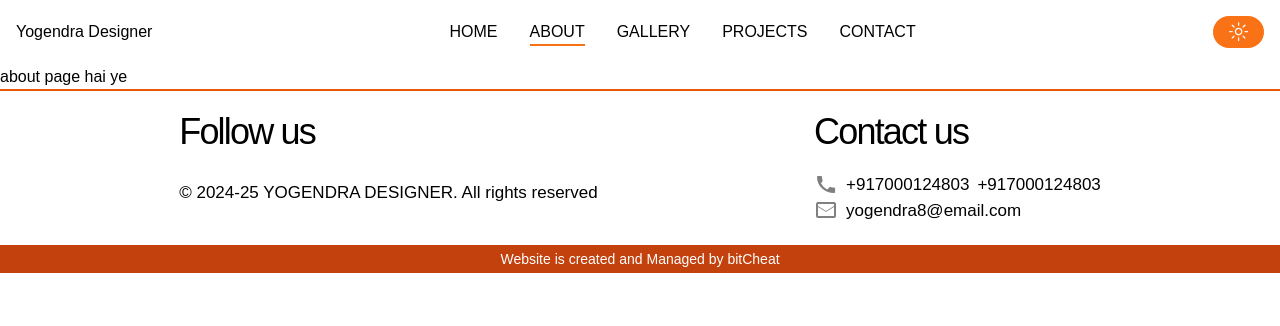
Repository: hitoutvrma/MB_designs-Interior-Designing-website
Page: /about
These files come from the project's save history. The page is drawn as it stood at one moment and after the next save; the edit follows.
The browser window is 1280 px wide. The pictures show the whole page.
The project was rebuilt for these pictures with package versions that can differ from the ones it lists, and the page was loaded fresh each time. The framework's server and built-in components were replaced by stand-ins that run in the browser. Also part of the build but not shown: next.config.mjs.

Above is the page before, as saved 2024-09-16 18:02:41.

After the next save:
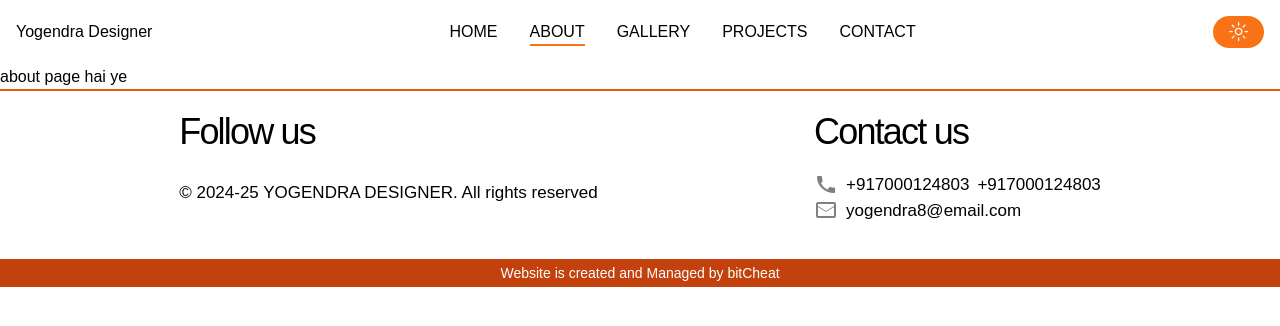
Saved 14 s later.
--- a/components/ui/Footer.jsx
+++ b/components/ui/Footer.jsx
@@ -5,7 +5,7 @@
     <div className='w-screen'>
 
     <div class="sm:flex justify-between  border-t-2 border-t-orange-600  backdrop-blur-lg sm:px-[14vw] px-2 py-[3vh] text-[17px] ">
-  <div className='m'>
+  <div className='mb-8'>
     <head>
     <link rel="stylesheet" href="https://cdnjs.cloudflare.com/ajax/libs/font-awesome/6.0.0-beta3/css/all.min.css"/>
 

After the save that followed:
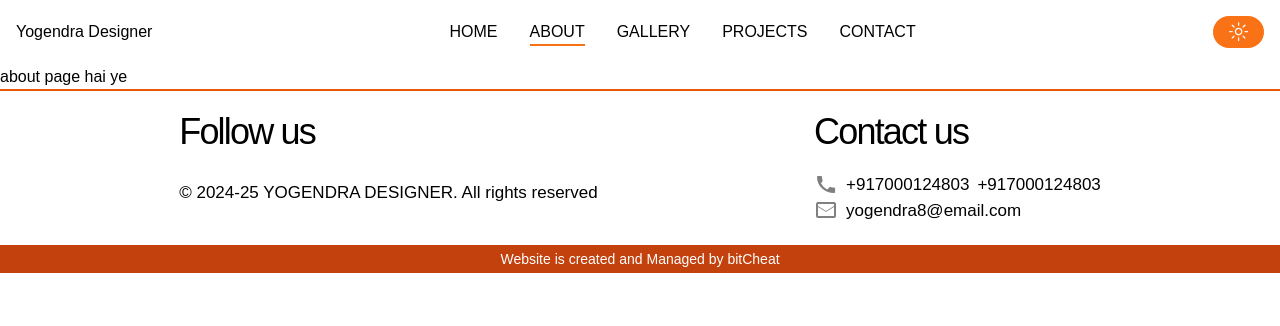
Saved 2 min 8 s later.
--- a/components/ui/Footer.jsx
+++ b/components/ui/Footer.jsx
@@ -5,7 +5,7 @@
     <div className='w-screen'>
 
     <div class="sm:flex justify-between  border-t-2 border-t-orange-600  backdrop-blur-lg sm:px-[14vw] px-2 py-[3vh] text-[17px] ">
-  <div className='mb-8'>
+  <div className='mb-8 sm:mb-0'>
     <head>
     <link rel="stylesheet" href="https://cdnjs.cloudflare.com/ajax/libs/font-awesome/6.0.0-beta3/css/all.min.css"/>
 
